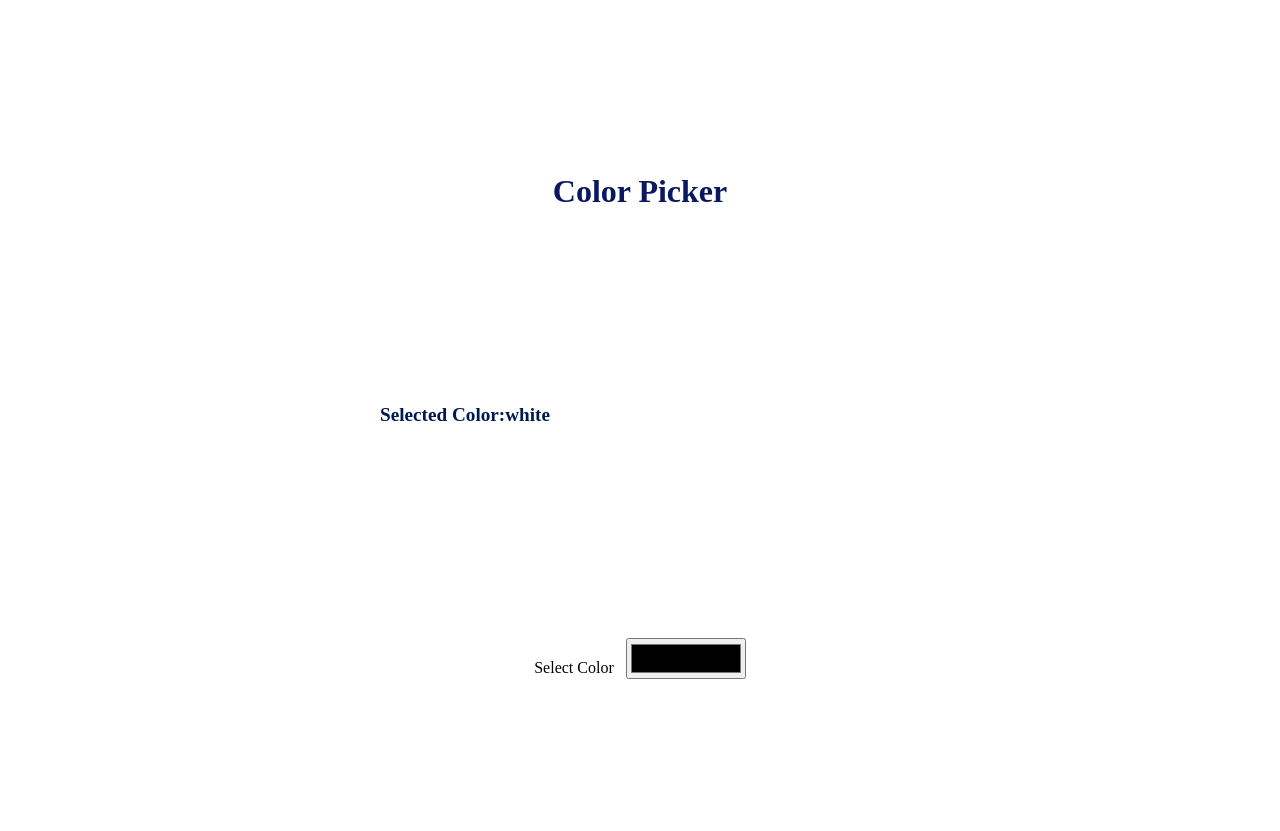
Repository: rkrukshan/Color-Picker--React-
Page: /
These files come from the project's save history. The page is drawn as it stood at one moment and after a run of saves; the edit follows.
The browser window is 1280 px wide. The pictures show the whole page.
The project was rebuilt for these pictures with package versions that can differ from the ones it lists, and the page was loaded fresh each time. Also part of the build but not shown: vite.config.js.

Above is the page before, as saved 2024-07-21 18:34:28.

After the next 3 saves:
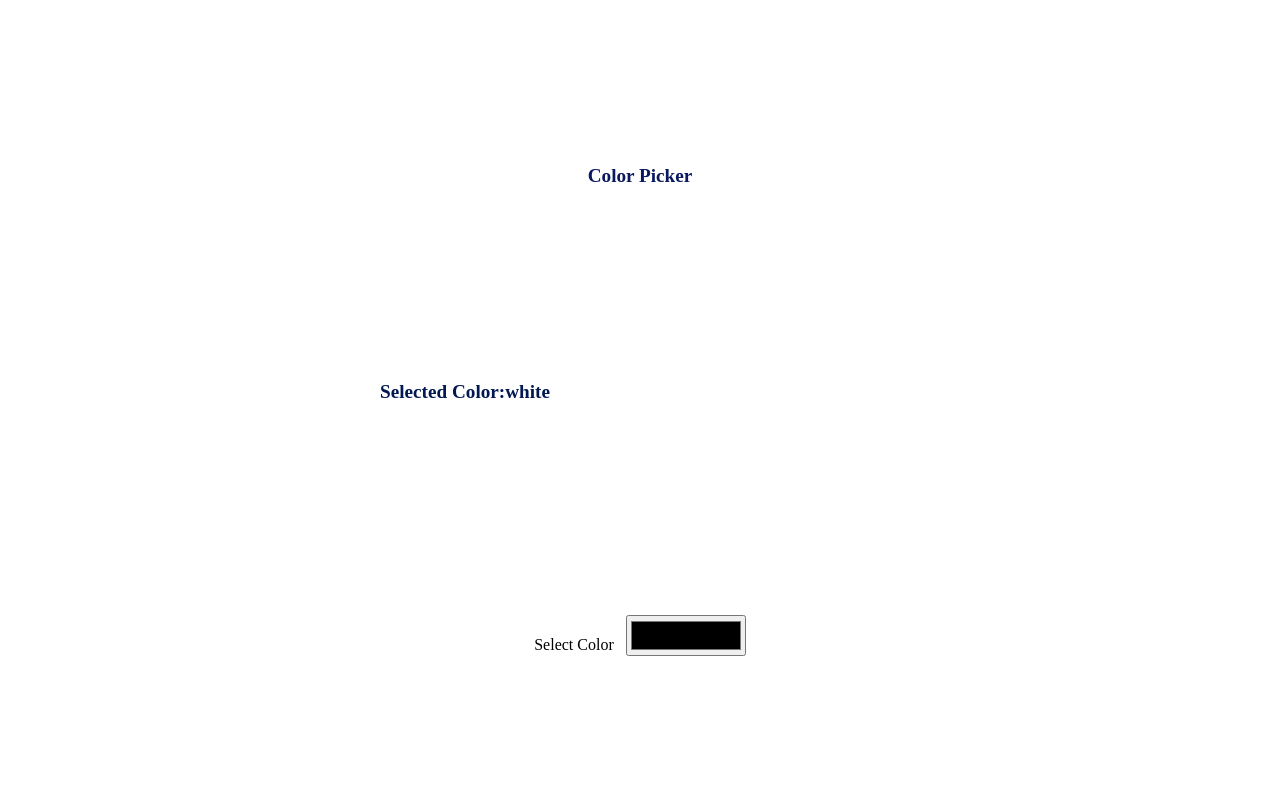
The 3 saves are shown as one change because they came seconds apart.
The last was saved 58 s later.
--- a/src/index.css
+++ b/src/index.css
@@ -4,6 +4,7 @@
 }
 .heading {
   color: rgb(10, 25, 95);
+  font-size: larger;
 }
 .color-pad {
   margin-top: 5em;

After the save that followed:
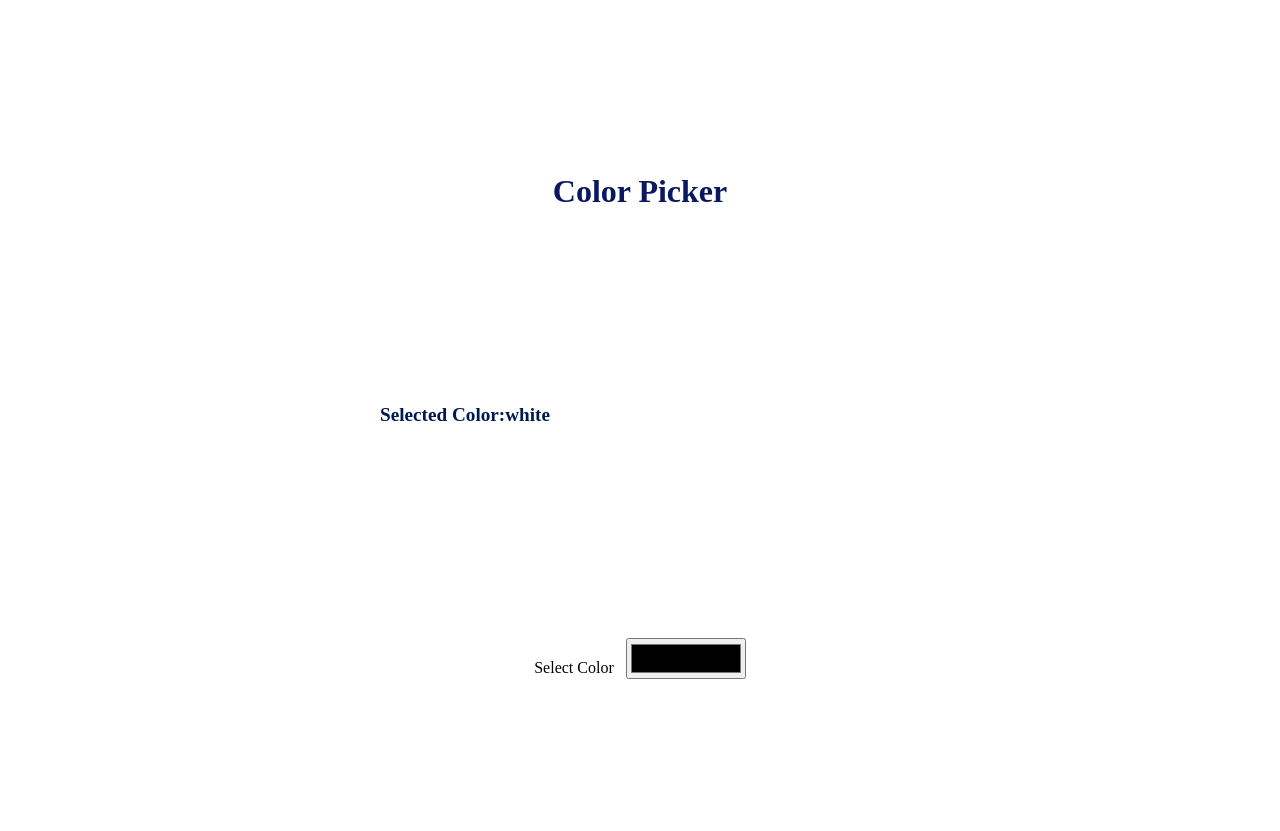
Saved 4 s later.
--- a/src/index.css
+++ b/src/index.css
@@ -4,7 +4,7 @@
 }
 .heading {
   color: rgb(10, 25, 95);
-  font-size: larger;
+  font-size: largerxx;
 }
 .color-pad {
   margin-top: 5em;
